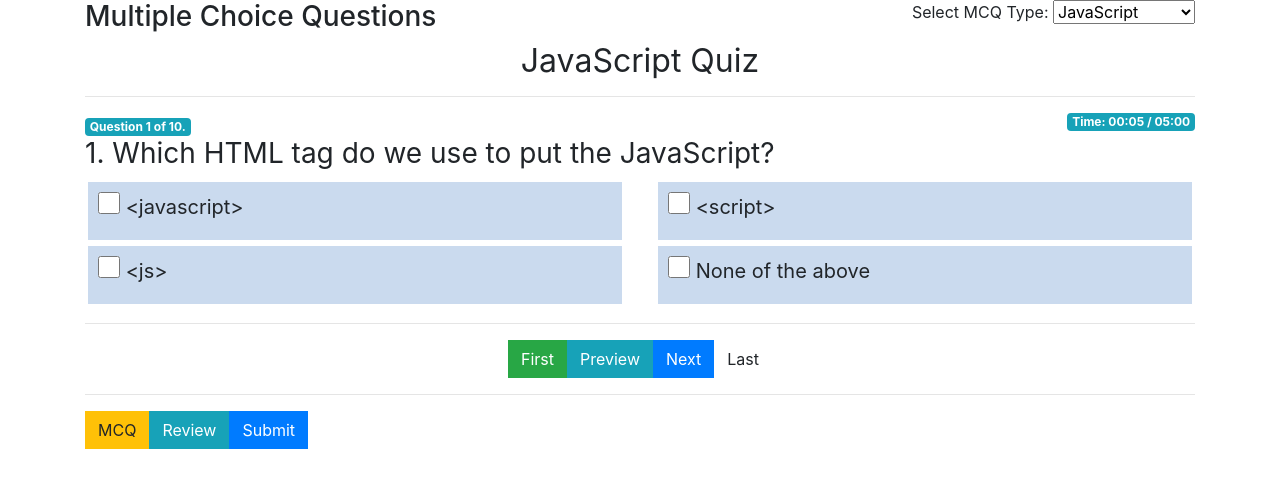
Repository: 2016272041/Online-Ass-Test1-
Page: /
An editor plug-in stored every save of this project. The page is shown before and after the next save, followed by the edit.
The browser window is 1280 px wide. The pictures show the whole page.
The project was rebuilt for these pictures with package versions that can differ from the ones it lists, and the page was loaded fresh each time. Also part of the build but not shown: angular.json.

Above is the page before, as saved 2019-07-23 15:39:22.

### src/app/quiz/quiz.component.ts
import { Component, OnInit } from '@angular/core';

import { QuizService } from '../services/quiz.service';
import { HelperService } from '../services/helper.service';
import { Option, Question, Quiz, QuizConfig } from '../models/index';

@Component({
  selector: 'app-quiz',
  templateUrl: './quiz.component.html',
  styleUrls: ['./quiz.component.css'],
  providers: [QuizService]
})
export class QuizComponent implements OnInit {
  quizes: any[];
  quiz: Quiz = new Quiz(null);
  mode = 'quiz';
  quizName: string;
  config: QuizConfig = {
    'allowBack': true,
    'allowReview': true,
    'autoMove': false,  // if true, it will move to next question automatically when answered.
    'duration': 300,  // indicates the time (in secs) in which quiz needs to be completed. 0 means unlimited.
    'pageSize': 1,
    'requiredAll': false,  // indicates if you must answer all the questions before submitting.
    'richText': false,
    'shuffleQuestions': false,
    'shuffleOptions': false,
    'showClock': false,
    'showPager': true,
    'theme': 'none'
  };

  pager = {
    index: 0,
    size: 1,
    count: 1
  };
  timer: any = null;
  startTime: Date;
  endTime: Date;
  ellapsedTime = '00:00';
  duration = '';

  constructor(private quizService: QuizService) { }

  ngOnInit() {
    this.quizes = this.quizService.getAll();
    this.quizName = this.quizes[0].id;
    this.loadQuiz(this.quizName);
  }

  loadQuiz(quizName: string) {
    this.quizService.get(quizName).subscribe(res => {
      this.quiz = new Quiz(res);
      this.pager.count = this.quiz.questions.length;
      this.startTime = new Date();
      this.ellapsedTime = '00:00';
      this.timer = setInterval(() => { this.tick(); }, 1000);
      this.duration = this.parseTime(this.config.duration);
    });
    this.mode = 'quiz';
  }

  tick() {
    const now = new Date();
    const diff = (now.getTime() - this.startTime.getTime()) / 1000;
    if (diff >= this.config.duration) {
      this.onSubmit();
    }
    this.ellapsedTime = this.parseTime(diff);
  }

  parseTime(totalSeconds: number) {
    let mins: string | number = Math.floor(totalSeconds / 60);
    let secs: string | number = Math.round(totalSeconds % 60);
    mins = (mins < 10 ? '0' : '') + mins;
    secs = (secs < 10 ? '0' : '') + secs;
    return `${mins}:${secs}`;
  }

  get filteredQuestions() {
    return (this.quiz.questions) ?
      this.quiz.questions.slice(this.pager.index, this.pager.index + this.pager.size) : [];
  }

  onSelect(question: Question, option: Option) {
    if (question.questionTypeId === 1) {
      question.options.forEach((x) => { if (x.id !== option.id) x.selected = false; });
    }

    if (this.config.autoMove) {
      this.goTo(this.pager.index + 1);
    }
  }

  goTo(index: number) {
    if (index >= 0 && index < this.pager.count) {
      this.pager.index = index;
      this.mode = 'quiz';
    }
  }

  isAnswered(question: Question) {
    return question.options.find(x => x.selected) ? 'Answered' : 'Not Answered';
  };

  isCorrect(question: Question) {
    return question.options.every(x => x.selected === x.isAnswer) ? 'correct' : 'wrong';
  };

  onSubmit() {
    let answers = [];
    this.quiz.questions.forEach(x => answers.push({ 'quizId': this.quiz.id, 'questionId': x.id, 'answered': x.answered }));

    // Post your data to the server here. answers contains the questionId and the users' answer.
    console.log(this.quiz.questions);
    this.mode = 'result';
  }
}

### src/app/quiz/quiz.component.html
<div class="row">
  <div class="col-6">
    <h3>Multiple Choice Questions</h3>
  </div>
  <div class="col-6 text-right">
    Select MCQ Type:
    <select [(ngModel)]="quizName" (change)="loadQuiz(quizName)">
      <option *ngFor="let quiz of quizes" [value]="quiz.id">{{quiz.name}}</option>
    </select>
  </div>
</div>
<div id="quiz">
  <h2 class="text-center font-weight-normal">{{quiz.name}}</h2>
  <hr />

  <div *ngIf="mode=='quiz' && quiz">
    <div *ngFor="let question of filteredQuestions;">
      <div class="badge badge-info">Question {{pager.index + 1}} of {{pager.count}}.</div>
      <div *ngIf="config.duration" class="badge badge-info float-right">Time: {{ellapsedTime}} / {{duration}}</div>
      <h3 class="font-weight-normal">{{pager.index + 1}}.
        <span [innerHTML]="question.name"></span>
      </h3>
      <div class="row text-left options">
        <div class="col-6" *ngFor="let option of question.options">
          <div class="option">
            <label class="font-weight-normal" [attr.for]="option.id">
              <input id="{{option.id}}" type="checkbox" [(ngModel)]="option.selected" (change)="onSelect(question, option);" /> {{option.name}}
            </label>
          </div>
        </div>
      </div>
    </div>
    <hr />
    <div class="text-center">
      <button class="btn btn-success" *ngIf="config.allowBack" (click)="goTo(0);">First</button>
      <button class="btn btn-info" *ngIf="config.allowBack" (click)="goTo(pager.index - 1);">Preview</button>
      <button class="btn btn-primary" (click)="goTo(pager.index + 1);">Next</button>
      <button class="btn btn-default" *ngIf="config.allowBack" (click)="goTo(pager.count - 1);">Last</button>
      <!--<pagination *ngIf="config.showPager" direction-links="false" total-items="totalItems" items-per-page="itemsPerPage" ng-model="currentPage" ng-change="pageChanged()"></pagination>-->
    </div>
  </div>

  <div class="row text-center" *ngIf="mode=='review'">
    <div class="col-4 cursor-pointer" *ngFor="let question of quiz.questions; let index = index;">
      <div (click)="goTo(index)" class="p-3 mb-2 {{ isAnswered(question) == 'Answered'? 'bg-info': 'bg-warning' }}">{{index + 1}}. {{ isAnswered(question) }}</div>
    </div>
  </div>
  <div class="result" *ngIf="mode=='result'">
    <h2>Quiz Result</h2>
    <div *ngFor="let question of quiz.questions; let index = index">
      <div class="result-question">
        <h5>{{index + 1}}. {{question.name}}</h5>
        <div class="row">
          <div class="col-6" *ngFor="let Option of question.options">
            <input id="{{Option.id}}" type="checkbox" disabled="disabled" [(ngModel)]="Option.selected" /> {{Option.name}}
          </div>
        </div>
        <div class="p-1 m-2 alert {{ isCorrect(question) == 'correct'? 'alert-success': 'alert-danger'}}">Your answer is {{isCorrect(question)}}.</div>
      </div>
    </div>
    <h4 class="alert alert-info text-center">You may close this window now.</h4>
  </div>
  <hr />
  <div *ngIf="mode!='result'">
    <button class="btn btn-warning" (click)="mode = 'quiz'">MCQ</button>
    <button class="btn btn-info" (click)="mode = 'review'">Review</button>
    <button class="btn btn-primary" (click)="onSubmit();">Submit</button>
  </div>
</div>

### src/app/services/quiz.service.ts
import { HttpClient } from '@angular/common/http';
import { Injectable } from '@angular/core';

@Injectable()
export class QuizService {

  constructor(private http: HttpClient) { }

  get(url: string) {
    return this.http.get(url);
  }

  getAll() {
    return [
      { id: 'data/javascript.json', name: 'JavaScript' },
      { id: 'data/aspnet.json', name: 'Asp.Net' },
      { id: 'data/csharp.json', name: 'C Sharp' },
      { id: 'data/designPatterns.json', name: 'Design Patterns' }
    ];
  }

}

Loaded but not shown: src/index.html (common file); src/styles.css (common file); src/main.ts (common file); src/app/app.module.ts (common file); src/environments/environment.ts (common file); src/app/app.component.ts (common file); src/app/app.component.html (common file); src/app/models/index.ts (common file); src/app/models/option.ts (common file); src/app/models/question.ts (common file); src/app/models/quiz.ts (common file); src/app/models/quiz-config.ts (common file); src/data/javascript.json (common file); src/app/app.component.css (no stored copy; drawn as an empty file); src/app/quiz/quiz.component.css (no stored copy; drawn as an empty file)

After the next save:
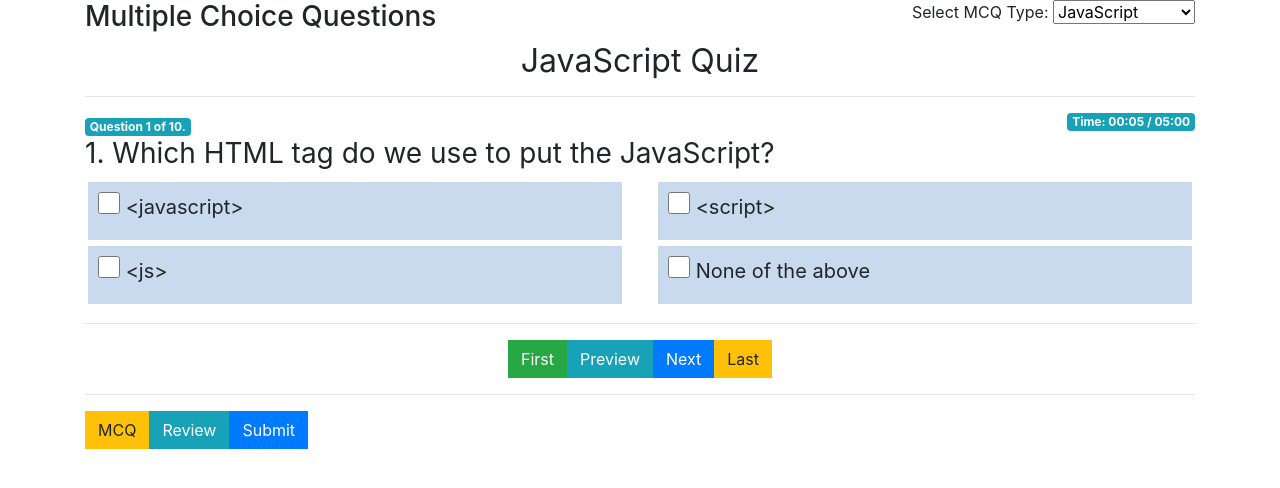
Saved 18 s later.
--- a/src/app/quiz/quiz.component.html
+++ b/src/app/quiz/quiz.component.html
@@ -35,7 +35,7 @@
       <button class="btn btn-success" *ngIf="config.allowBack" (click)="goTo(0);">First</button>
       <button class="btn btn-info" *ngIf="config.allowBack" (click)="goTo(pager.index - 1);">Preview</button>
       <button class="btn btn-primary" (click)="goTo(pager.index + 1);">Next</button>
-      <button class="btn btn-default" *ngIf="config.allowBack" (click)="goTo(pager.count - 1);">Last</button>
+      <button class="btn btn-warning" *ngIf="config.allowBack" (click)="goTo(pager.count - 1);">Last</button>
       <!--<pagination *ngIf="config.showPager" direction-links="false" total-items="totalItems" items-per-page="itemsPerPage" ng-model="currentPage" ng-change="pageChanged()"></pagination>-->
     </div>
   </div>
